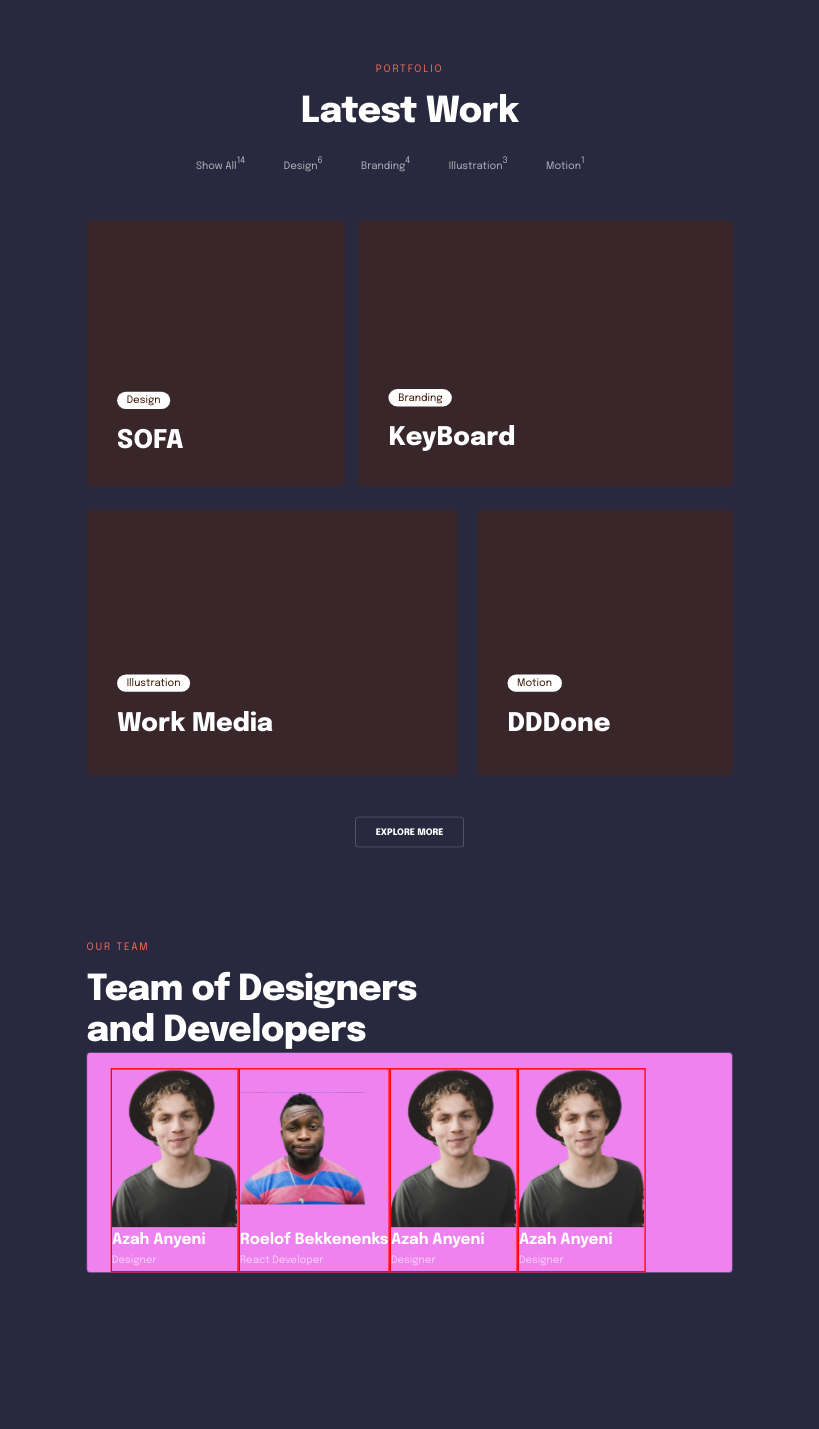
Repository: FidanXankishiyeva/figma-positions-task
Page: index.html
These files come from the project's save history. The page is drawn as it stood at one moment and after the next save; the edit follows.
The browser window is 1280 px wide. The pictures show the whole page, at 64% of full size.

Above is the page before, as saved 2023-08-10 13:35:46.

### index.html
<!DOCTYPE html>
<html lang="en">

<head>
    <meta charset="UTF-8">
    <meta name="viewport" content="width=device-width, initial-scale=1.0">
    <title>Document</title>
    <link rel="stylesheet" href="index.css">
</head>

<body>
    <div class="container">
        <div class="page-1">
            <div class="text-box">
                <h1>Portfolio</h1>
                <h2>Latest Work</h2>
            </div>
            <nav class="position-box">
                <ul>
                    <li>
                        <h1>Show All</h1>
                        <p>14</p>
                    </li>
                    <li>
                        <h1>Design</h1>
                        <p>6</p>
                    </li>
                    <li>
                        <h1>Branding</h1>
                        <p>4</p>
                    </li>
                    <li>
                        <h1>Illustration</h1>
                        <p>3</p>
                    </li>
                    <li>
                        <h1>Motion</h1>
                        <p>1</p>
                    </li>
                </ul>
            </nav>
            <div class="photo-box">
                <div class="sofa-box">
                    <img src="./photo/sofa.svg" alt="">
                    <div class="design-box">
                        <a href="#">Design</a>
                        <p>SOFA</p>

                    </div>
                </div>
                <div class="keyboard-box">
                    <img src="./photo/keyboard.svg" alt="">
                    <div class="branding-box">
                        <a href="#">Branding</a>
                        <p>KeyBoard</p>
                    </div>
                </div>
            </div>

            <div class="photo-box-2">
                <div class="work-media">
                    <img src="./photo/Work-Media.svg" alt="">
                    <div class="illustration-box">
                        <a href="#">Illustration</a>
                        <p>Work Media</p>
                    </div>
                </div>
                <div class="done-box">
                    <img src="./photo/done.svg" alt="">
                    <div class="motion-box">
                        <a href="#">Motion</a>
                        <p>DDDone</p>
                    </div>
                </div>
            </div>
            <button>
                Explore more
            </button>
        </div>
        <div class="page-2">
            <div class="text-box-2">
                <h3 >Our Team</h3>
                <h4>Team of Designers
                    and Developers</h4>
            </div>
            <div class="team-person">
                <ul>
                    <li>
                        <img src="./photo/azah.svg" alt="">
                        <h5>Azah Anyeni</h5>
                        <h6>Designer</h6>
                    </li>
                    <li>
                        <img src="./photo/roelof.svg" alt="">
                        <h5>Roelof Bekkenenks</h5>
                        <h6>React Developer</h6>
                    </li>
                    <li>
                        <img src="./photo/azah.svg" alt="">
                        <h5>Azah Anyeni</h5>
                        <h6>Designer</h6>
                    </li>
                    <li>
                        <img src="./photo/azah.svg" alt="">
                        <h5>Azah Anyeni</h5>
                        <h6>Designer</h6>
                    </li>
                </ul>
            </div>
        </div>
    </div>

</body>

</html>

### index.css
@import url("https://fonts.googleapis.com/css2?family=Epilogue:wght@400;700;800&display=swap");
* {
  margin: 0;
  padding: 0;
  box-sizing: border-box;
}

.container {
  width: 100%;
  background-color: #28293e;
}

.page-1 {
  padding: 92px 135px 0 135px;
}
.text-box h1 {
  margin-bottom: 20px;
  color: var(--text-light-accent, #ef6d58);
  text-align: center;
  font-feature-settings: "clig" off, "liga" off;
  font-family: Epilogue;
  font-size: 16px;
  font-style: normal;
  font-weight: 400;
  line-height: 32px;
  letter-spacing: 3px;
  text-transform: uppercase;
}

.text-box h2 {
  margin-bottom: 36px;
  color: var(--text-light, #fff);
  text-align: center;
  font-feature-settings: "clig" off, "liga" off;
  font-family: Epilogue;
  font-size: 56px;
  font-style: normal;
  font-weight: 800;
  line-height: 64px;
  letter-spacing: -1px;
}

.position-box ul {
  display: flex;
  justify-content: center;
}

.position-box ul li {
  list-style-type: none;
  margin-right: 60px;
  display: flex;
}

.position-box ul li h1 {
  color: var(--text-light-gray, rgba(255, 255, 255, 0.64));
  font-feature-settings: "clig" off, "liga" off;
  font-family: Epilogue;
  font-size: 16px;
  font-style: normal;
  font-weight: 400;
  line-height: 32px;
}

.position-box ul li p {
  color: var(--text-light-gray, rgba(255, 255, 255, 0.64));
  text-align: center;
  font-feature-settings: "clig" off, "liga" off;
  font-family: Epilogue;
  font-size: 14px;
  font-style: normal;
  font-weight: 400;
}

.photo-box {
  display: flex;
  justify-content: space-between;
  margin-top: 68px;
}

.sofa-box {
  width: 40%;
  position: relative;
}

.design-box {
  position: absolute;
  bottom: 51px;
  left: 48px;
  /* top: 50%;
    left: 50%;
    transform: translate(-50%, -50%); */
}

.sofa-box img {
  width: 100%;
  height: 416px;
  margin-right: 30px;
  border-radius: 6px;
  opacity: 0.3181;
  background: #5c2000;
}

.photo-box a {
  width: 84px;
  height: 38px;
  padding: 5px 15px;
  text-decoration: none;
  border-radius: 19px;
  background: #fff;
  color: var(--text-dark, #391400);
  font-feature-settings: "clig" off, "liga" off;
  font-family: Epilogue;
  font-size: 16px;
  font-style: normal;
  font-weight: 400;
  line-height: 32px;
}

.photo-box p {
  margin-top: 23px;
  color: var(--text-light, #fff);
  font-feature-settings: "clig" off, "liga" off;
  font-family: Epilogue;
  font-size: 40px;
  font-style: normal;
  font-weight: 800;
  line-height: 48px;
}

.keyboard-box {
  position: relative;
  width: 58%;
  height: 416px;
}

.keyboard-box img {
  width: 100%;
  height: 100%;
  border-radius: 6px;
  opacity: 0.3181;
  background: #5c2000;
}

.branding-box {
  position: absolute;
  bottom: 51px;
  left: 48px;
}

.photo-box-2 {
  display: flex;
  justify-content: space-between;
  margin-top: 32px;
}

.work-media {
  position: relative;
  margin-right: 30px;
  width: 58%;
  height: 416px;
}

.work-media img {
  width: 100%;
  height: 100%;
  border-radius: 6px;
  opacity: 0.3181;
  background: #5c2000;
}

.photo-box-2 a {
  padding: 5px 15px;
  border-radius: 19px;
  text-decoration: none;
  background: #fff;
  color: var(--text-dark, #391400);
  font-feature-settings: "clig" off, "liga" off;
  font-family: Epilogue;
  font-size: 16px;
  font-style: normal;
  font-weight: 400;
  line-height: 32px;
}

.photo-box-2 p {
  margin-top: 23px;
  color: var(--text-light, #fff);
  font-feature-settings: "clig" off, "liga" off;
  font-family: Epilogue;
  font-size: 40px;
  font-style: normal;
  font-weight: 800;
  line-height: 48px;
}

.illustration-box {
  position: absolute;
  top: 256px;
  left: 48px;
}

.done-box {
  position: relative;
  width: 40%;
  height: 416px;
}

.done-box img {
  width: 100%;
  height: 100%;

  border-radius: 6px;
  opacity: 0.3181;
  background: #5c2000;
}

.motion-box {
  position: absolute;
  top: 256px;
  left: 48px;
}

.box {
  position: absolute;
  top: 64px;
  left: 500px;
}

button {
  width: 170px;
  height: 48px;
  /* padding: 18px 31px; */
  margin: auto;
  margin-top: 64px;
  display: block;
  border-radius: 6px;
  border: 1px solid rgba(255, 255, 255, 0.3);
  background-color: #28293e;
  text-decoration: none;
  color: #fff;
  text-align: center;
  font-family: Epilogue;
  font-size: 14px;
  font-style: normal;
  font-weight: 900;
  line-height: normal;
  text-transform: uppercase;
}
/* page-2 design */
.page-2 {
  padding: 140px 135px 244px 135px;
}
.text-box-2 {
  width: 531px;
}
.text-box-2 h3 {
  color: var(--text-light-accent, #ef6d58);
  font-feature-settings: "clig" off, "liga" off;
  font-family: Epilogue;
  font-size: 16px;
  font-style: normal;
  font-weight: 400;
  line-height: 32px;
  letter-spacing: 3px;
  text-transform: uppercase;
}
.text-box-2 h4 {
  margin-top: 20px;
  color: var(--text-light, #fff);
  font-feature-settings: "clig" off, "liga" off;
  font-family: Epilogue;
  font-size: 56px;
  font-style: normal;
  font-weight: 800;
  line-height: 64px;
  letter-spacing: -1px;
}
.team-person ul {
  padding: 24px 37px 0px 37px;
  display: flex;
  border-radius: 6px;
  border: 1px solid #3a3c56;
  background-color: violet;
}
.team-person ul li {
  list-style-type: none;
    /* width: 25%; */
    border: 2px solid red;
}
.team-person img {
  width: 196px;
  height: 247px;
}
.team-person h5 {
  color: var(--text-light, #fff);
  font-feature-settings: "clig" off, "liga" off;
  font-family: Epilogue;
  font-size: 24px;
  font-style: normal;
  font-weight: 700;
  line-height: 32px;
}
.team-person h6 {
  color: var(--text-light-gray, rgba(255, 255, 255, 0.64));
  font-feature-settings: "clig" off, "liga" off;
  font-family: Epilogue;
  font-size: 16px;
  font-style: normal;
  font-weight: 400;
  line-height: 32px;
}

After the next save:
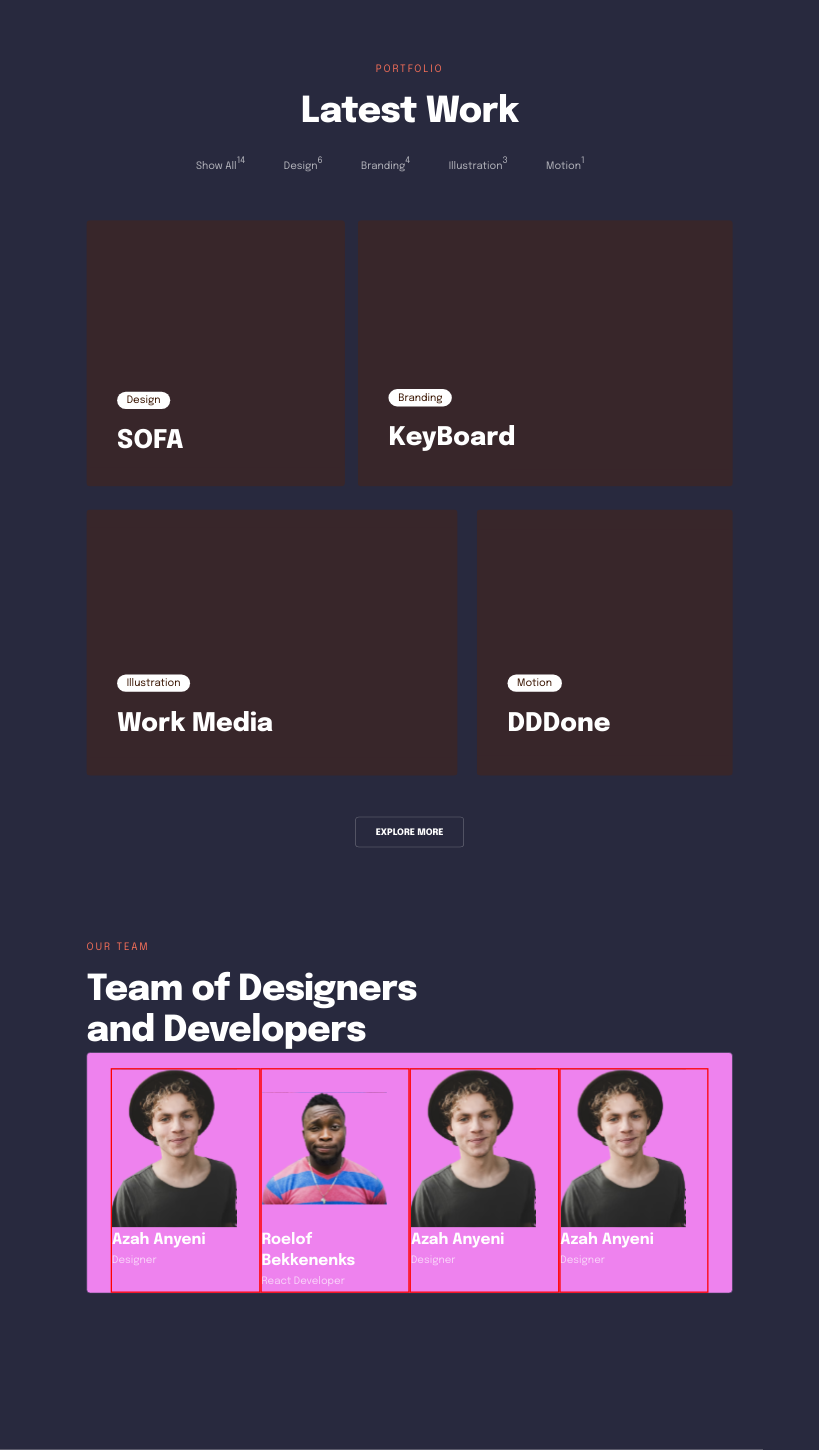
Saved 19 s later.
--- a/index.css
+++ b/index.css
@@ -284,7 +284,7 @@ button {
 }
 .team-person ul li {
   list-style-type: none;
-    /* width: 25%; */
+    width: 25%;
     border: 2px solid red;
 }
 .team-person img {
